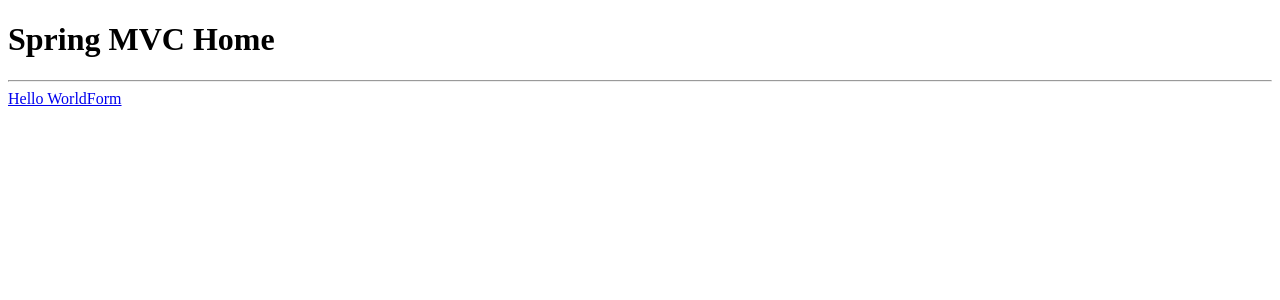
Repository: Janmajaya007/Eclipse-workspace
Page: http://localhost/spring-mvc-demo/
These files come from the project's save history. The page is drawn as it stood at one moment and after the next save; the edit follows.
The browser window is 1280 px wide. The pictures show the whole page.
The page is served by Tomcat 9. Other server files are loaded and not shown.

Above is the page before, as saved 2022-05-20 05:14:43.

### workspace3/spring-mvc-demo/WebContent/WEB-INF/view/main-menu.jsp
<!DOCTYPE html>
<html>
<body>
<h1>Spring MVC Home</h1>

<hr>

<a href="student/showForm">Hello WorldForm</a>
</body>
</html>

After the next save:
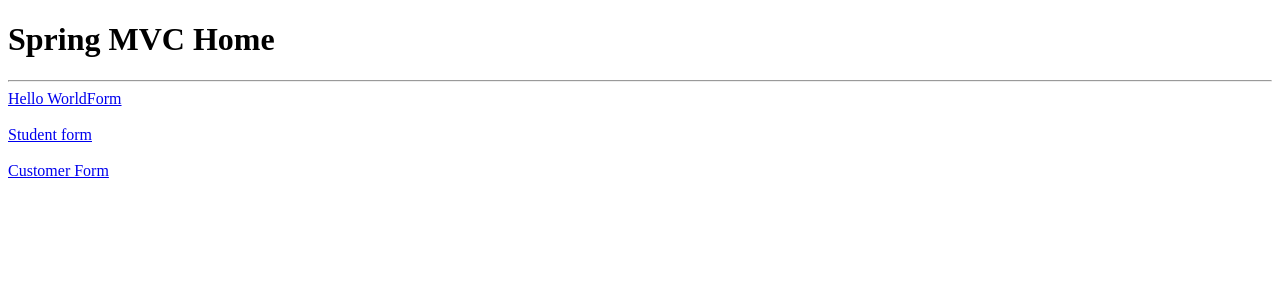
Saved 5 h 5 min later.
--- a/workspace3/spring-mvc-demo/WebContent/WEB-INF/view/main-menu.jsp
+++ b/workspace3/spring-mvc-demo/WebContent/WEB-INF/view/main-menu.jsp
@@ -4,7 +4,10 @@
 <h1>Spring MVC Home</h1>
 
 <hr>
-
-<a href="student/showForm">Hello WorldForm</a>
+<a href="Hello/showForm">Hello WorldForm</a>
+<br><br>
+<a href="student/showForm">Student form</a>
+<br><br>
+<a href="customer/showForm">Customer Form</a>
 </body>
 </html>
